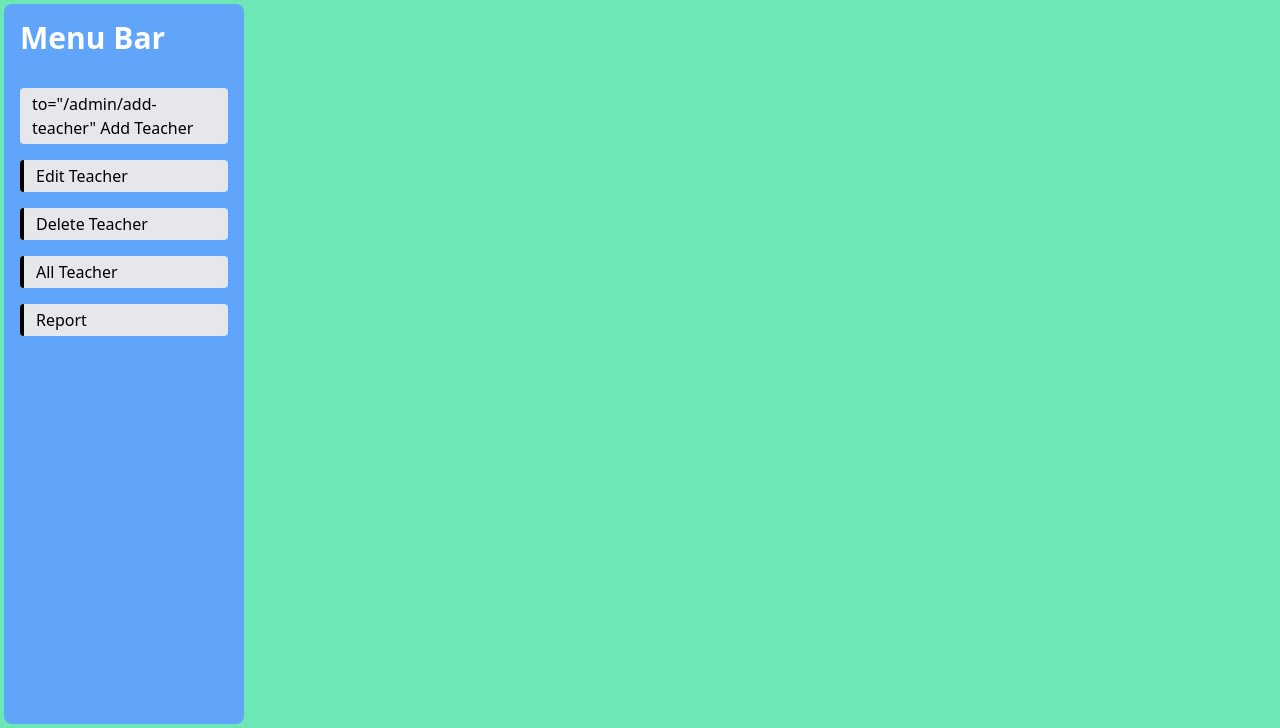
Repository: Haseeb467/Faculty-Online-data
Page: /SideBar
The author's editor kept a copy of each file at every save. The page is drawn from the files as they stood at one save, then again after a run of saves.
The browser window is 1280 px wide. The pictures show the whole page.
The project was rebuilt for these pictures with package versions that can differ from the ones it lists, and the page was loaded fresh each time. Also part of the build but not shown: vite.config.ts, src/Admin/EditTeacher/EditTeacher.tsx, src/Pages/mainPage/MainPageItems.tsx, src/Components/Loader.css, src/Components/Hourglass.tsx, src/Components/NavBar.tsx, src/Components/AdminLayout.tsx, src/Admin/AddTeacher/AddTeacher.tsx and 15 more.

Above is the page before, as saved 2024-12-25 22:32:19.

After the next 5 saves:
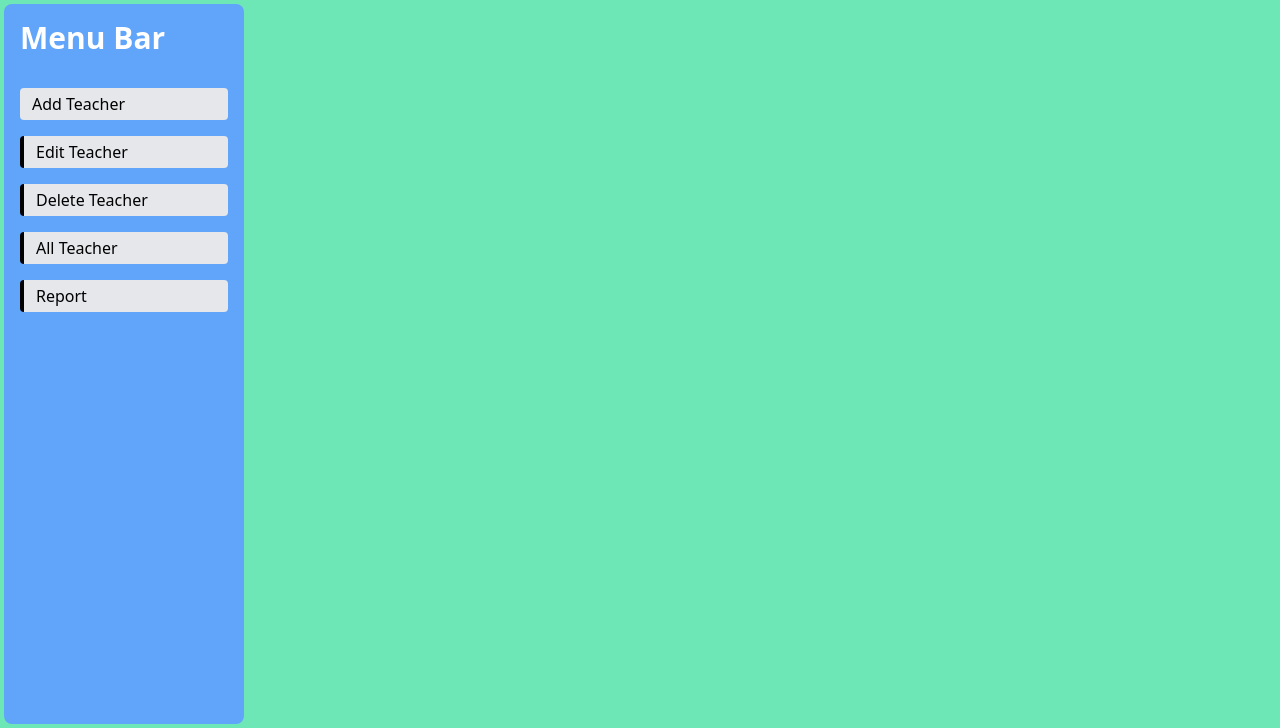
The 5 saves are shown as one change because they came seconds apart.
The last was saved 55 s later.
--- a/src/Components/Sidebar.tsx
+++ b/src/Components/Sidebar.tsx
@@ -13,11 +13,11 @@ const SideBar = () => {
             <div className="link ">
                 <nav className="mt-8">
                     <ul className="space-y-4">
-                        <NavLink className={({ isActive }) =>
+                        <NavLink to="/admin/add-teacher"
+                            className={({ isActive }) =>
                             ` ${isActive ? " bg-gray-100 " : ""}`
                         }>
                         <li className="cursor-pointer py-1 px-3 border-1-4 border-black rounded bg-gray-200 text-black hover:bg-gray-100">
-                                to="/admin/add-teacher"
 
                                 Add Teacher
                         </li>
